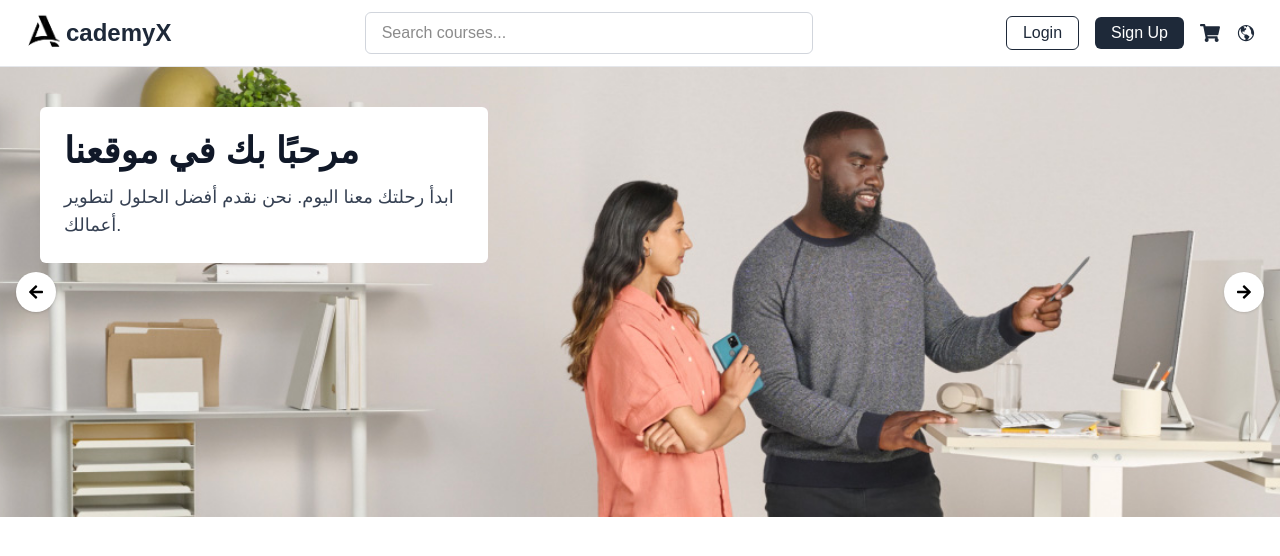
Repository: MohamedSalah54/full-stack-e-learning
Page: / (app in frontend/)
These files come from the project's save history. The page is drawn as it stood at one moment and after the next save; the edit follows.
The browser window is 1280 px wide. The pictures show the whole page.
The project was rebuilt for these pictures with package versions that can differ from the ones it lists, and the page was loaded fresh each time. The framework's server and built-in components were replaced by stand-ins that run in the browser. Also part of the build but not shown: frontend/next.config.ts.

Above is the page before, as saved 2025-06-15 13:10:14.

### frontend/src/app/layout.tsx
import type { Metadata } from "next";
import { Geist, Geist_Mono } from "next/font/google";
import "./globals.css";
import { Providers } from "@/app/providers";
import Navbar from "@/components/Navbar";

const geistSans = Geist({
  variable: "--font-geist-sans",
  subsets: ["latin"],
});

const geistMono = Geist_Mono({
  variable: "--font-geist-mono",
  subsets: ["latin"],
});

export const metadata: Metadata = {
  title: "Create Next App",
  description: "Generated by create next app",
};

export default function RootLayout({
  children,
}: Readonly<{
  children: React.ReactNode;
}>) {
  return (
    <html lang="en">
      <body
        className={`${geistSans.variable} ${geistMono.variable} antialiased`}
      >
        <Navbar/>
        <Providers>{children}</Providers>

      </body>
    </html>
  );
}

### frontend/src/app/page.tsx
import HeroBannerSlider from "@/components/home/HeroBannerSlider"

const Home = () => {
  return (
    <main className="flex flex-col items-center justify-center">
        <HeroBannerSlider/>
    </main>
  )
}

export default Home

### frontend/src/app/providers.jsx
'use client';

import { Provider } from 'react-redux';
import { store } from '@/redux/store/store';
export function Providers({ children }) {
  return <Provider store={store}>{children}</Provider>;
}

### frontend/src/components/Navbar.tsx
'use client';
import { FaShoppingCart } from 'react-icons/fa';
import { IoMdGlobe } from 'react-icons/io';
import { useRouter } from 'next/navigation';

export default function Navbar() {
  const router = useRouter();
  return (
    <nav className="bg-white shadow-sm border-b border-gray-200 py-3 px-6">
      <div className="max-w-7xl mx-auto flex items-center justify-between">
        {/* Left - Logo */}
        <div className="flex items-center cursor-pointer" onClick={()=> router.push('/')}>
          <div className="relative h-10 w-10 mr-[-2px] " >
            <img
              src="/logo.png"
              alt="Logo"
              className="h-full w-full object-contain block"
            />
          </div>
          <span className="text-2xl font-bold text-gray-800 leading-none ml-1">
            cademyX
          </span>
        </div>

        {/* Middle - Search */}
        <div className="flex-1 max-w-md mx-4">
          <input
            type="text"
            placeholder="Search courses..."
            className="w-full border border-gray-300 rounded-md px-4 py-2 focus:outline-none focus:ring-1 focus:ring-gray-800"
          />
        </div>

        {/* Right - Buttons */}
        <div className="flex items-center space-x-4">
          <button className="px-4 py-1 border border-gray-800 text-gray-800 rounded-md hover:bg-gray-100 transition cursor-pointer" onClick={()=>router.push('/auth/login')}>
            Login
          </button>
          <button className="px-4 py-1 bg-gray-800 text-white rounded-md hover:bg-gray-700 transition cursor-pointer" onClick={()=>router.push('/auth/register')} >
            Sign Up
          </button>
          <FaShoppingCart className="text-gray-800 text-xl cursor-pointer hover:scale-110 transition " />
          <IoMdGlobe className="text-gray-800 text-xl cursor-pointer hover:scale-110 transition " />
        </div>
      </div>
    </nav>
  );
}

### frontend/src/components/home/HeroBannerSlider.tsx
// components/hero/HeroBannerSlider.tsx
"use client";

import React, { useState } from "react";
import { FaArrowLeft, FaArrowRight } from "react-icons/fa";

const slides = [
    {
        image: "/banner1.jpg",
        title: "مرحبًا بك في موقعنا",
        description: "ابدأ رحلتك معنا اليوم. نحن نقدم أفضل الحلول لتطوير أعمالك.",
    },
    {
        image: "/banner2.jpg",
        title: "حلول رقمية متكاملة",
        description: "نساعدك في بناء مستقبل رقمي قوي واحترافي.",
    },
];

const HeroBannerSlider = () => {
    const [current, setCurrent] = useState(0);

    const nextSlide = () => {
        setCurrent((prev) => (prev + 1) % slides.length);
    };

    const prevSlide = () => {
        setCurrent((prev) => (prev - 1 + slides.length) % slides.length);
    };

    return (
        <section className="w-full h-[450px] relative overflow-hidden">
            {/* Image */}
            <img
                src={slides[current].image}
                alt="Hero"
                className="w-full h-full object-cover transition-all duration-700"
            />

            {/* Overlay with text */}
            <div className="absolute inset-0 flex items-start justify-start p-10">
                <div className="bg-white bg-opacity-90 p-6 rounded-md max-w-md">
                    <h1 className="text-3xl lg:text-4xl font-bold text-gray-900 mb-3">
                        {slides[current].title}
                    </h1>
                    <p className="text-gray-700 text-lg">{slides[current].description}</p>
                </div>
            </div>

            {/* Arrows */}
            <button
                onClick={prevSlide}
                className="absolute top-1/2 left-4 transform -translate-y-1/2 bg-white text-black p-3 rounded-full shadow hover:bg-gray-200 z-10"
            >
                <FaArrowLeft />
            </button>
            <button
                onClick={nextSlide}
                className="absolute top-1/2 right-4 transform -translate-y-1/2 bg-white text-black p-3 rounded-full shadow hover:bg-gray-200 z-10"
            >
                <FaArrowRight />
            </button>
        </section>
    );
};

export default HeroBannerSlider;

Loaded but not shown: frontend/src/app/globals.css (common file); frontend/src/redux/store/store.ts (common file)

After the next save:
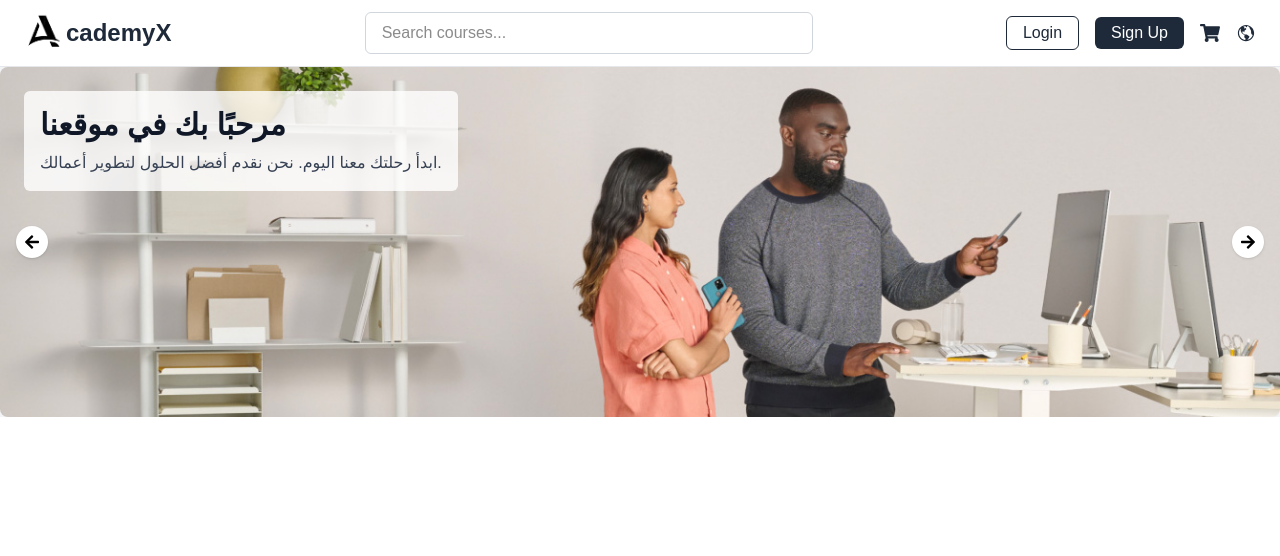
Saved 36 s later.
--- a/frontend/src/components/home/HeroBannerSlider.tsx
+++ b/frontend/src/components/home/HeroBannerSlider.tsx
@@ -29,38 +29,40 @@
     };
 
     return (
-        <section className="w-full h-[450px] relative overflow-hidden">
-            {/* Image */}
-            <img
-                src={slides[current].image}
-                alt="Hero"
-                className="w-full h-full object-cover transition-all duration-700"
-            />
+       <section className="w-full h-[350px] relative overflow-hidden bg-gray-100">
+  <div className="w-full h-full max-w-7xl mx-auto relative">
+    <img
+      src={slides[current].image}
+      alt="Hero"
+      className="w-full h-full object-cover transition-all duration-700 rounded-lg"
+    />
 
-            {/* Overlay with text */}
-            <div className="absolute inset-0 flex items-start justify-start p-10">
-                <div className="bg-white bg-opacity-90 p-6 rounded-md max-w-md">
-                    <h1 className="text-3xl lg:text-4xl font-bold text-gray-900 mb-3">
-                        {slides[current].title}
-                    </h1>
-                    <p className="text-gray-700 text-lg">{slides[current].description}</p>
-                </div>
-            </div>
+    {/* Text overlay */}
+    <div className="absolute inset-0 flex items-start justify-start p-6">
+      <div className="bg-white/80 p-4 rounded-md max-w-md">
+        <h1 className="text-2xl lg:text-3xl font-bold text-gray-900 mb-2">
+          {slides[current].title}
+        </h1>
+        <p className="text-gray-700 text-base">{slides[current].description}</p>
+      </div>
+    </div>
 
-            {/* Arrows */}
-            <button
-                onClick={prevSlide}
-                className="absolute top-1/2 left-4 transform -translate-y-1/2 bg-white text-black p-3 rounded-full shadow hover:bg-gray-200 z-10"
-            >
-                <FaArrowLeft />
-            </button>
-            <button
-                onClick={nextSlide}
-                className="absolute top-1/2 right-4 transform -translate-y-1/2 bg-white text-black p-3 rounded-full shadow hover:bg-gray-200 z-10"
-            >
-                <FaArrowRight />
-            </button>
-        </section>
+    {/* Arrows */}
+    <button
+      onClick={prevSlide}
+      className="absolute top-1/2 left-4 transform -translate-y-1/2 bg-white text-black p-2 rounded-full shadow hover:bg-gray-200 z-10"
+    >
+      <FaArrowLeft />
+    </button>
+    <button
+      onClick={nextSlide}
+      className="absolute top-1/2 right-4 transform -translate-y-1/2 bg-white text-black p-2 rounded-full shadow hover:bg-gray-200 z-10"
+    >
+      <FaArrowRight />
+    </button>
+  </div>
+</section>
+
     );
 };
 
